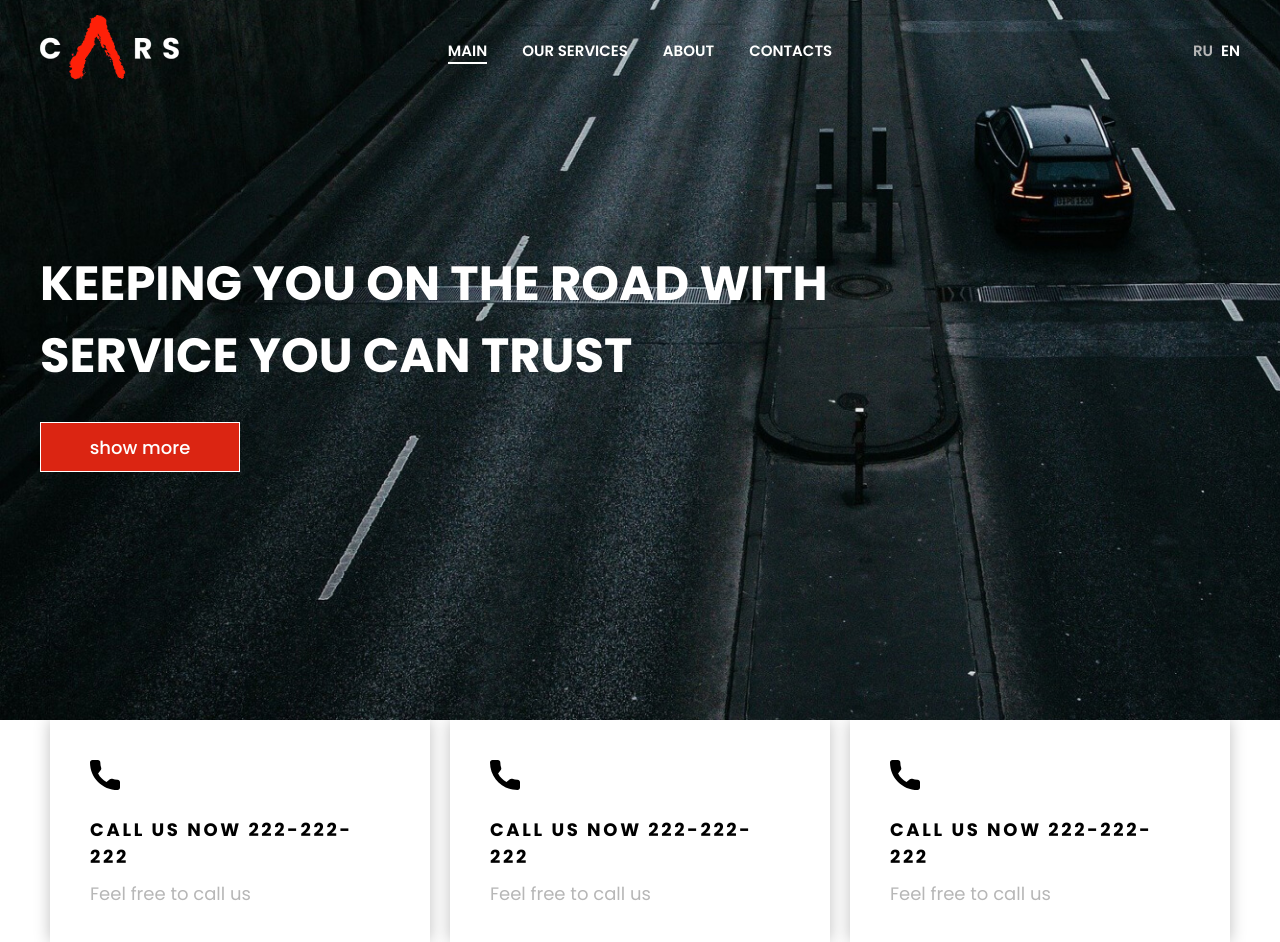
Repository: Earn1ll/car_repair
Page: index.html
These files come from the project's save history. The page is drawn as it stood at one moment and after the next save; the edit follows.
The browser window is 1280 px wide. The pictures show the whole page.

Above is the page before, as saved 2022-09-18 16:09:16.

### index.html
<!DOCTYPE html>
<html lang="en">
<head>
    <meta charset="UTF-8">
    <meta http-equiv="X-UA-Compatible" content="IE=edge">
    <meta name="viewport" content="width=device-width, initial-scale=1.0">
    <title>car repair</title>
    <link rel="stylesheet" href="css/style.css">
</head>
<body>
    <header class="header">
        <div class="container">
            <div class="header__wrapper">
                <div class="header__block">
                    <a href="/" class="header__logo">
                        <img src="img/logo.png" alt="logo">
                    </a>
                </div>

                <nav class="nav">
                    <a href="#" class="nav__link active">Main</a>
                    <a href="#" class="nav__link">Our services</a>
                    <a href="#" class="nav__link">About</a>
                    <a href="#" class="nav__link">Contacts</a>
                </nav>

                <div class="header__block">
                    <div class="header__lng">
                        <a href="#" class="header__lng-link ">ru</a>
                        <a href="#" class="header__lng-link active">en</a>
                    </div>
                </div>

            </div>
        </div>
    </header>

    <section class="intro">
        <div class="container">
            <div class="intro__content">
                <div class="intro__block">
                    <h1 class="intro__title">
                        KEEPING YOU ON THE ROAD WITH
                        SERVICE YOU CAN TRUST
                    </h1>
                    <a href="#" class="btn">show more</a>
                </div>
            </div>
        </div>
    </section>

    <section class="info">
        <div class="container">
            <div class="info__wrapper">
                <div class="info__block">
                    <div class="info__item">
                        <div class="info__img">
                            <img src="img/phone.svg " alt="">
                        </div>
                        <h3 class="info__title">
                            CALL US NOW 222-222-222
                        </h3>
                        <p class="info__text">Feel free to call us</p>
                    </div>
                </div>

                <div class="info__block">
                    <div class="info__item">
                        <div class="info__img">
                            <img src="img/phone.svg " alt="">
                        </div>
                        <h3 class="info__title">
                            CALL US NOW 222-222-222
                        </h3>
                        <p class="info__text">Feel free to call us</p>
                    </div>
                </div>

                <div class="info__block">
                    <div class="info__item">
                        <div class="info__img">
                            <img src="img/phone.svg " alt="">
                        </div>
                        <h3 class="info__title">
                            CALL US NOW 222-222-222
                        </h3>
                        <p class="info__text">Feel free to call us</p>
                    </div>
                </div>
            </div>
        </div>
    </section>
</body>
</html>

### css/style.css
@import url('https://fonts.googleapis.com/css2?family=Poppins:wght@400;500:600;700;800;900&display=swap');

*,*::before,::after {
    box-sizing: border-box;
}
body {
    margin: 0;
    font-family: 'Poppins', sans-serif;
    font-size: 15px;
}

h1,h2,h3,h4,h5,h6 {
    margin: 0;
}

p {
    margin: 0 0 5px;
}

.container {
    width: 1200px;
    margin: 0 auto;
}
.btn {
    display: inline-flex;
    align-items: center;
    justify-content: center;
    color: #fff;
    height: 50px;
    font-size: 18px;
    text-decoration: none;
    font-weight: 500;
    background-color: #DB2512;
    border: 1px solid;
    min-width: 200px;
    padding: 11px 15px;
    transition: background-color .2s ease;
}

.btn:hover {
    background-color: #991203;
}



/* header start working */
.header {
    width: 100%;
    position: absolute;
    top: 0;
    left: 0;
    z-index: 3;
}

.header__wrapper {
    height: 100px;
    display: flex;
    justify-content: space-between;
    align-items: center;
}

.header__block {
    width: 20%;
}

.header__logo {
    display: inline-block;
}

.header__logo img {
    height: 65px;
}

.nav {
    display: flex;
}

.nav__link {
    margin-right: 35px;
    color: #fff;
    text-transform: uppercase;
    text-decoration: none;
    font-weight: 600;
    position: relative;
}

.nav__link::after {
    width: 100%;
    height: 2px;
    background-color: #fff;
    position: absolute;
    top: 100%;
    left: 0;
    content: '';
    opacity: 0;
    transition: opacity .2s ease;

}

.nav__link:last-child {
    margin-right: 0;
}

.nav__link:hover::after {
    opacity: 1;
}

.nav__link.active::after {
    opacity: 1;
}

.header__lng {
    display: flex;
    justify-content: flex-end;

}

.header__lng-link {
    margin-right: 8px;
    text-transform: uppercase;
    text-decoration: none ;
    font-weight: 600;
    color: #b7b7b7;
    transition: color .2s ease;
}

.header__lng-link:hover {
    color: #fff;
}

.header__lng-link:last-child {
    margin-right: 0;
}

.header__lng-link.active {
    color: #fff;
}
/* header end working */
/* intro start working */

.intro {
    background: url('../img/intro_bg.jpg') no-repeat;
    background-size: cover;
    position: relative;
}

.intro::after {
    width: 100%;
    height: 100%;
    position: absolute;
    top: 0;
    left: 0;
    background-color: #000;
    opacity: .2;
}

.intro__content {
    height: 100vh ;
    background: no-repeat;
    display: flex;
    align-items: center;
    position: relative;
    z-index: 2;
}

.intro__block {

}

.intro__title {
    max-width: 790px;
    font-size: 48px;
    font-weight: 700;
    color: #fff;
    line-height: 1.5;
    margin-bottom: 30px;

}
/* intro end working */
/* info start */
.info {

}

.info__wrapper {
    display: flex;
    margin 0 -10px;
}

.info__block {
    width: 33.33%;
    padding: 0 10px;
}

.info__item {
    background-color: #fff;
    box-shadow: 0px 0px 15px rgba(0, 0, 0, 0.25);
    padding: 40px 40px 30px;
}

.info__img {
    margin-bottom: 20px;
}

.info__img img{
    height: 30px;
}

.info__title {
    margin-bottom: 10px;
    font-size: 18px;
    letter-spacing: 0.15em;
}

.info__text {
    font-size: 18px;
    color: #b7b7b7;
}
/* info end */

After the next save:
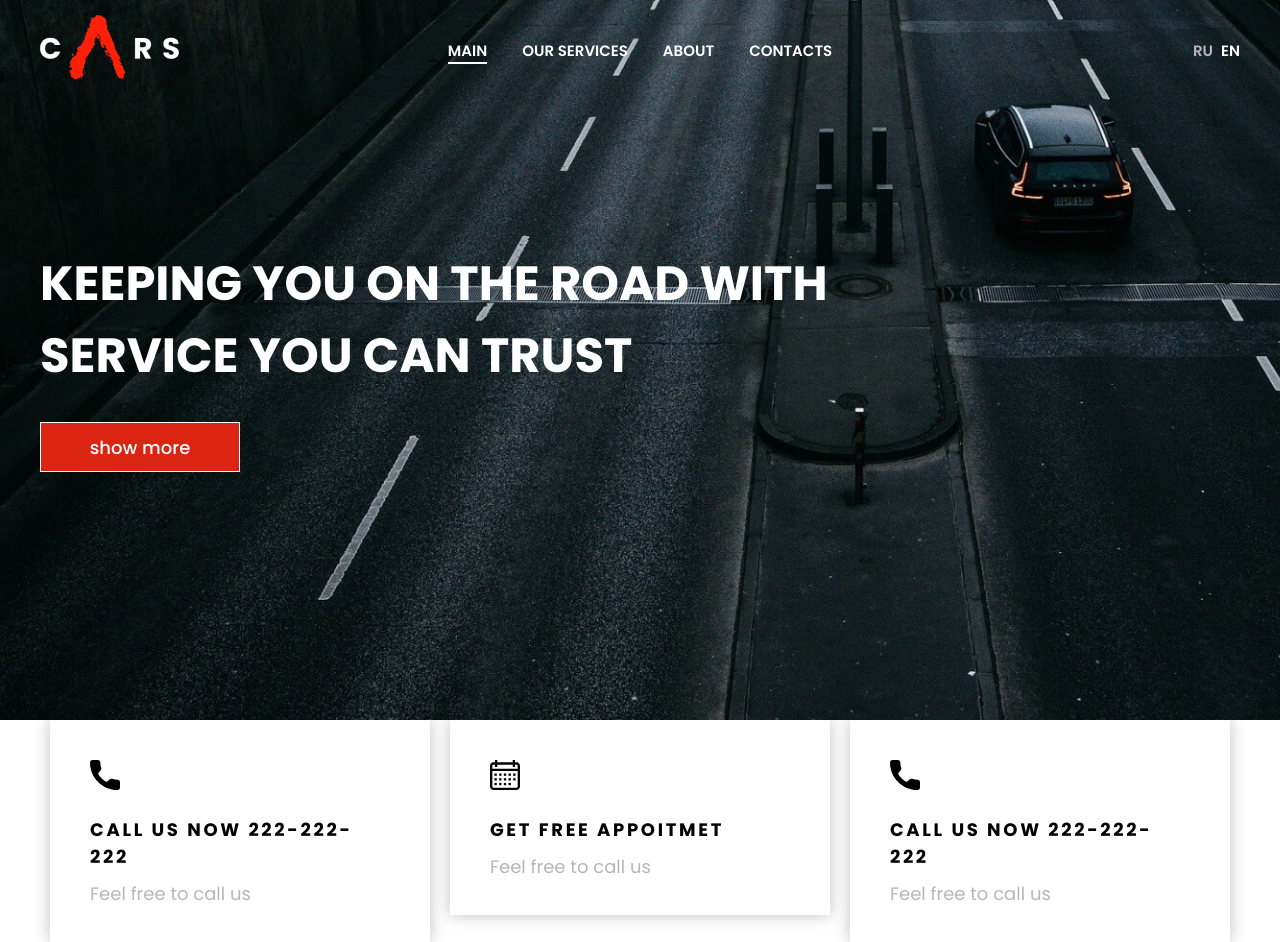
Saved 2 min 41 s later.
--- a/index.html
+++ b/index.html
@@ -67,10 +67,10 @@
                 <div class="info__block">
                     <div class="info__item">
                         <div class="info__img">
-                            <img src="img/phone.svg " alt="">
+                            <img src="img/calendar.svg " alt="">
                         </div>
                         <h3 class="info__title">
-                            CALL US NOW 222-222-222
+                            GET FREE APPOITMET
                         </h3>
                         <p class="info__text">Feel free to call us</p>
                     </div>
